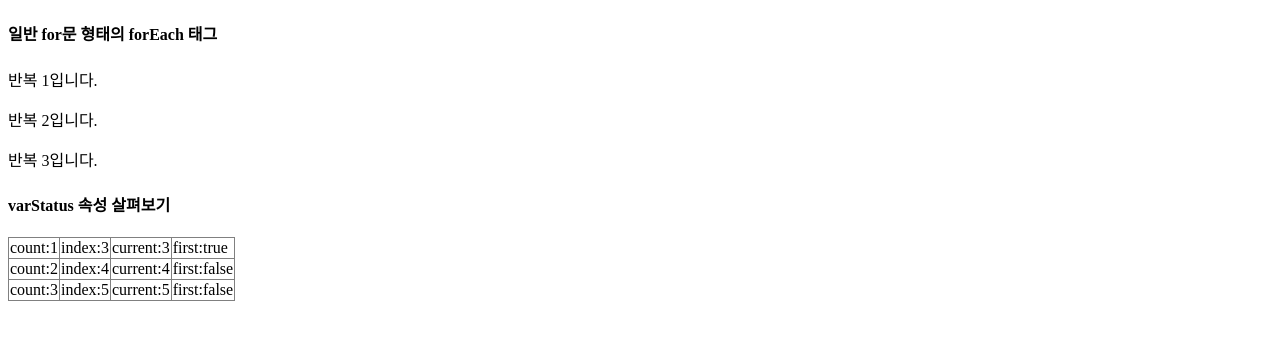
Repository: ahwaboin3/eclipse-workspace-jsp
Page: http://localhost/MustHaveJSP/JSTL/ForEachNormal.jsp
These files come from the project's save history. The page is drawn as it stood at one moment and after the next save; the edit follows.
The browser window is 1280 px wide. The pictures show the whole page.
The page is served by Tomcat 10. Other server files are loaded and not shown.

Above is the page before, as saved 2025-05-23 01:25:07.

### MustHaveJSP/src/main/webapp/JSTL/ForEachNormal.jsp
<%@ page language="java" contentType="text/html; charset=UTF-8"
    pageEncoding="UTF-8"%>
<%@ taglib prefix="c" uri="jakarta.tags.core" %>
<!DOCTYPE html>
<html>
<head>
<meta charset="UTF-8">
<title>Insert title here</title>
<style type="text/css">
table{
	border-collapse:collapse;
}
</style>
</head>
<body>
<!-- ForEachNormal.jsp -->
<%/*
<c:froEach> 태그
반복을 위해 사용됩니다.

일반 for문 형태
<c:ForEach var="변수명" begin="시작값" end="마지막값" step="증가값" />

향상된 for문 형태(foreach문)
<c:forEach var="변수명" items="컬렉션 혹은 배열" />

<c:forEach> 태그 속성
varStatus - 루프의 현재 상태를 알려주는 변수의 이름을 지정합니다.
varStatus 속성을 통해 얻을 수 있는 정보
속성명 | 일반 for문 | 향상된 for문
current | var에 지정한 현재 루프의 변숫값 반환 | 현재 루프의 실제 요소를 반환
index | var에 지정한 현재 루프의 변숫값 반환 | 현재 루프의 인덱스를 표시(0-마지막)
count | 실제 반복 횟수(1-마지막) | 일반 for문과 동일함
first | 루프의 처음일 때 true반환 | 일반 for문과 동일함
last | 루프의 마지막일 때 true 반환 | 일반 for문과 동일함
*/%>
<h4>일반 for문 형태의 forEach 태그</h4>
<c:forEach begin="1" end="3" step="1" var="i">
	<p>반복 ${i}입니다.</p>
</c:forEach>
<h4>varStatus 속성 살펴보기</h4>
<table border="1">
<c:forEach begin="3" end="5" var="i" varStatus="loop">
	<tr>
		<td>count:${loop.count }</td>
		<td>index:${loop.index }</td>
		<td>current:${loop.current }</td>
		<td>first:${loop.first }</td>
	</td>
</c:forEach>
</table>
</body>
</html>

After the next save:
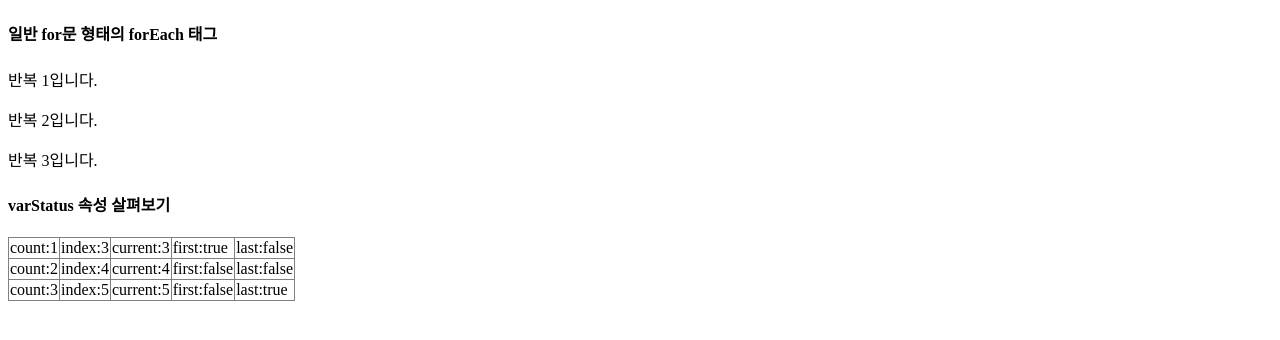
Saved 18 s later.
--- a/MustHaveJSP/src/main/webapp/JSTL/ForEachNormal.jsp
+++ b/MustHaveJSP/src/main/webapp/JSTL/ForEachNormal.jsp
@@ -46,6 +46,7 @@ last | 루프의 마지막일 때 true 반환 | 일반 for문과 동일함
 		<td>index:${loop.index }</td>
 		<td>current:${loop.current }</td>
 		<td>first:${loop.first }</td>
+		<td>last:${loop.last }</td>
 	</td>
 </c:forEach>
 </table>
